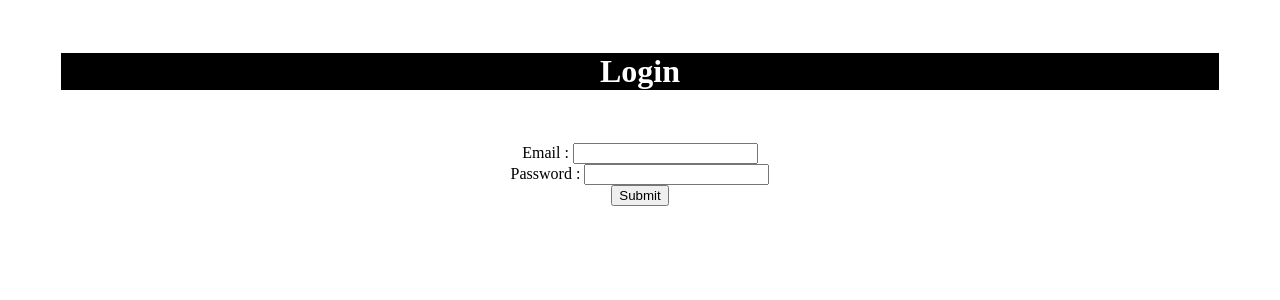
Repository: KD3-86718-yagywalky/Advance-java
Page: Assignment02/secondapp/src/main/webapp/index.html
The author's editor kept a copy of each file at every save. The page is drawn from the files as they stood at one save, then again after the next save.
The browser window is 1280 px wide. The pictures show the whole page.

Above is the page before, as saved 2024-12-03 09:40:40.

### Assignment02/secondapp/src/main/webapp/index.html
<!DOCTYPE html>
<html>
<head>
<meta charset="ISO-8859-1">
<link rel="stylesheet" href="index.css">
<title>Election Login</title>
</head>
<body style="text-align: center;">
		<h1 class="to"> Login </h1>
		<div style="border: 1 solid;">
		Email : <input type="email" name="email"/>
		<br/>
		Password : <input type="password" name="passwd"/>
		<br/>
		<input type="submit" name="Submit"/>
		</div>
</body>
</html>

### Assignment02/secondapp/src/main/webapp/index.css
@charset "ISO-8859-1";

.to {
	background-color: black;
	color: white;
	border: solid;
	margin: 50px;
}

After the next save:
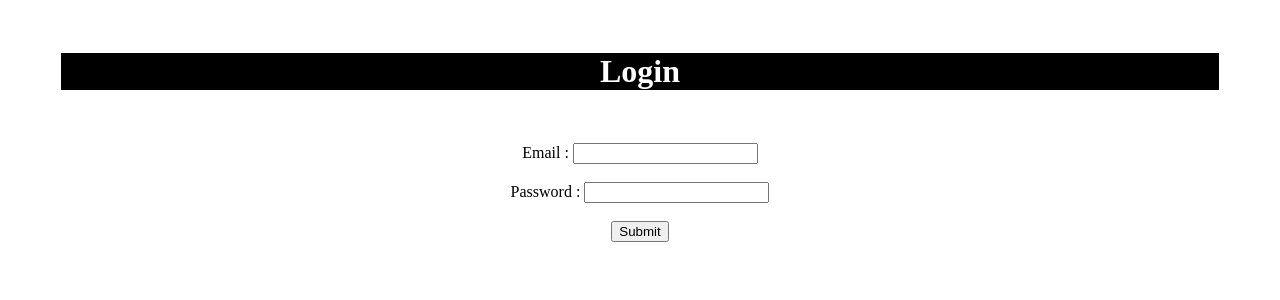
Saved 17 s later.
--- a/Assignment02/secondapp/src/main/webapp/index.html
+++ b/Assignment02/secondapp/src/main/webapp/index.html
@@ -9,9 +9,9 @@
 		<h1 class="to"> Login </h1>
 		<div style="border: 1 solid;">
 		Email : <input type="email" name="email"/>
-		<br/>
+		<br/><br/>
 		Password : <input type="password" name="passwd"/>
-		<br/>
+		<br/><br/>
 		<input type="submit" name="Submit"/>
 		</div>
 </body>
